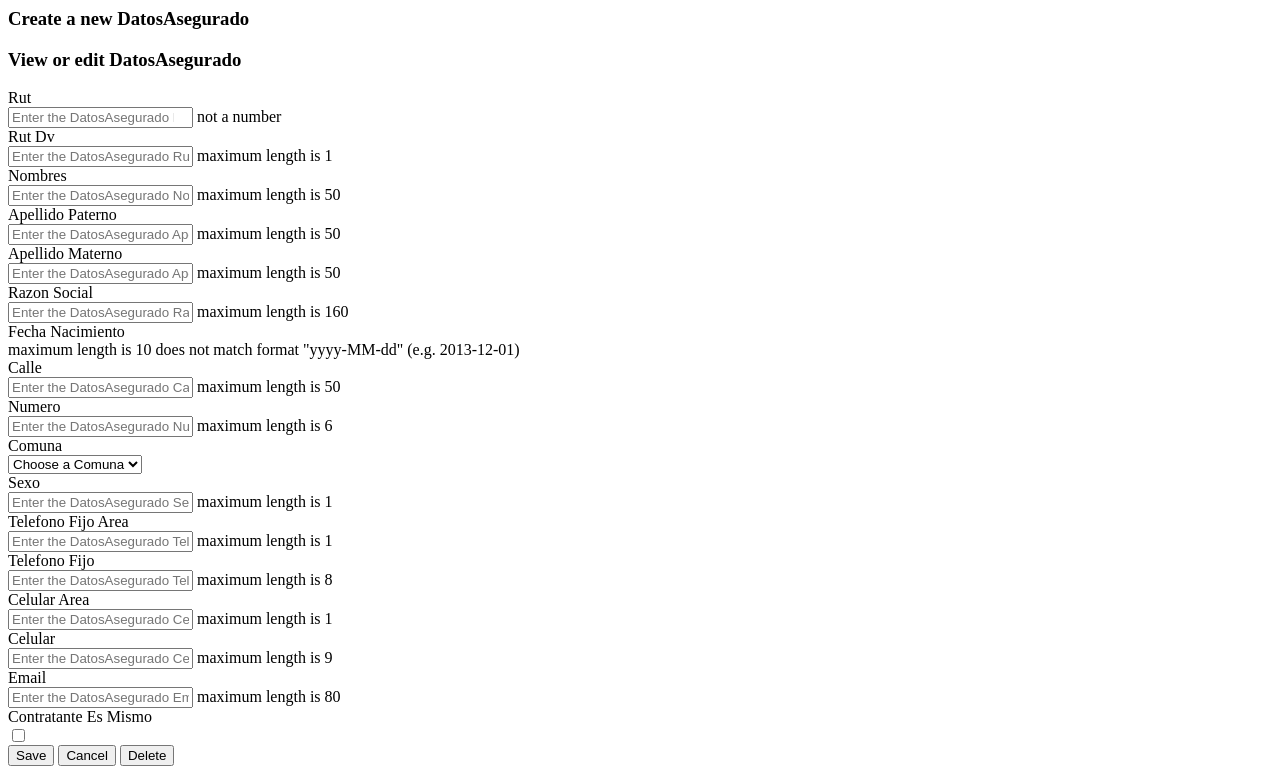
Repository: PabloRPalma/SistemaVentaSeguros
Page: Cotizador/src/main/webapp/views/DatosAsegurado/detail.html
An editor plug-in stored every save of this project. The page is shown before and after the next save, followed by the edit.
The browser window is 1280 px wide. The pictures show the whole page.

Above is the page before, as saved 2021-02-06 14:21:35.

After the next save:
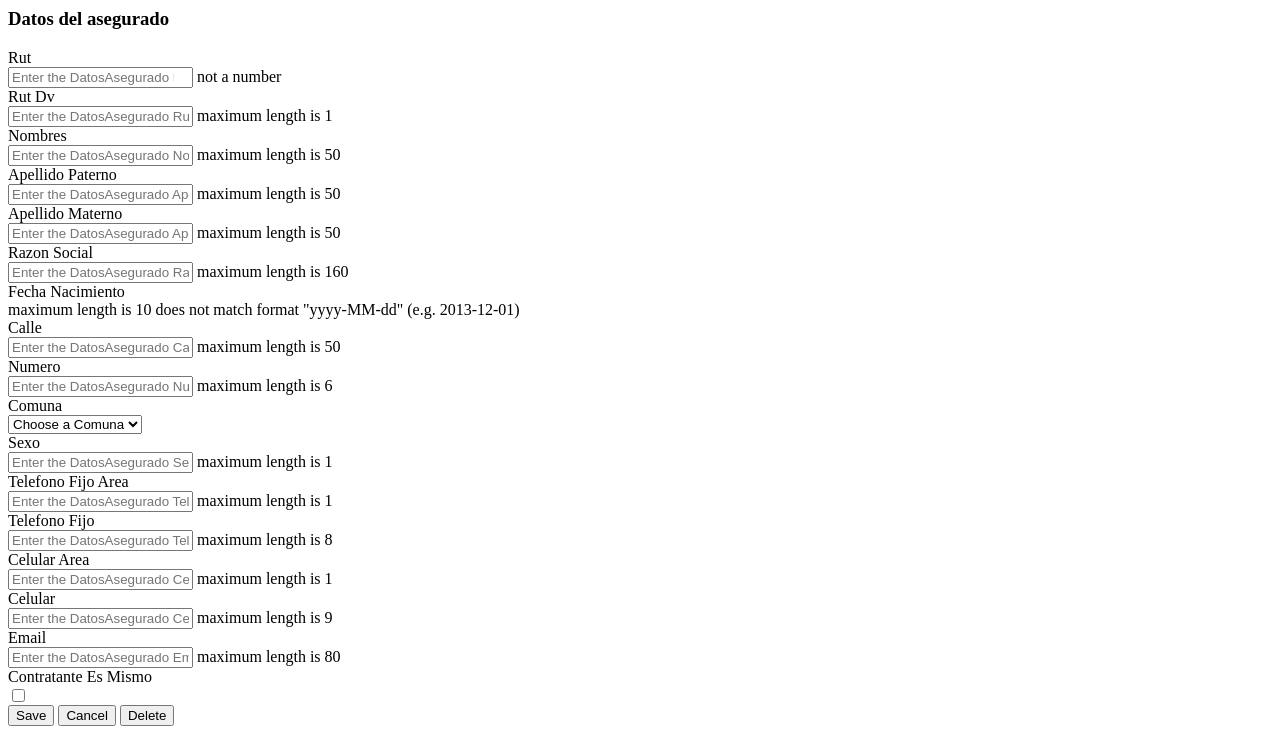
Saved 31 s later.
--- a/Cotizador/src/main/webapp/views/DatosAsegurado/detail.html
+++ b/Cotizador/src/main/webapp/views/DatosAsegurado/detail.html
@@ -1,6 +1,6 @@
 <header ng-switch on="$location.path().indexOf('/DatosAsegurados/new') > -1">
-    <h3 ng-switch-when="true">Create a new DatosAsegurado</h3>
-    <h3 ng-switch-when="false">View or edit DatosAsegurado</h3>
+
+    <h3 ng-switch-when="false">Datos del asegurado</h3>
 </header>
 <form id="DatosAseguradoForm" name="DatosAseguradoForm" class="form-horizontal" role="form">
 
